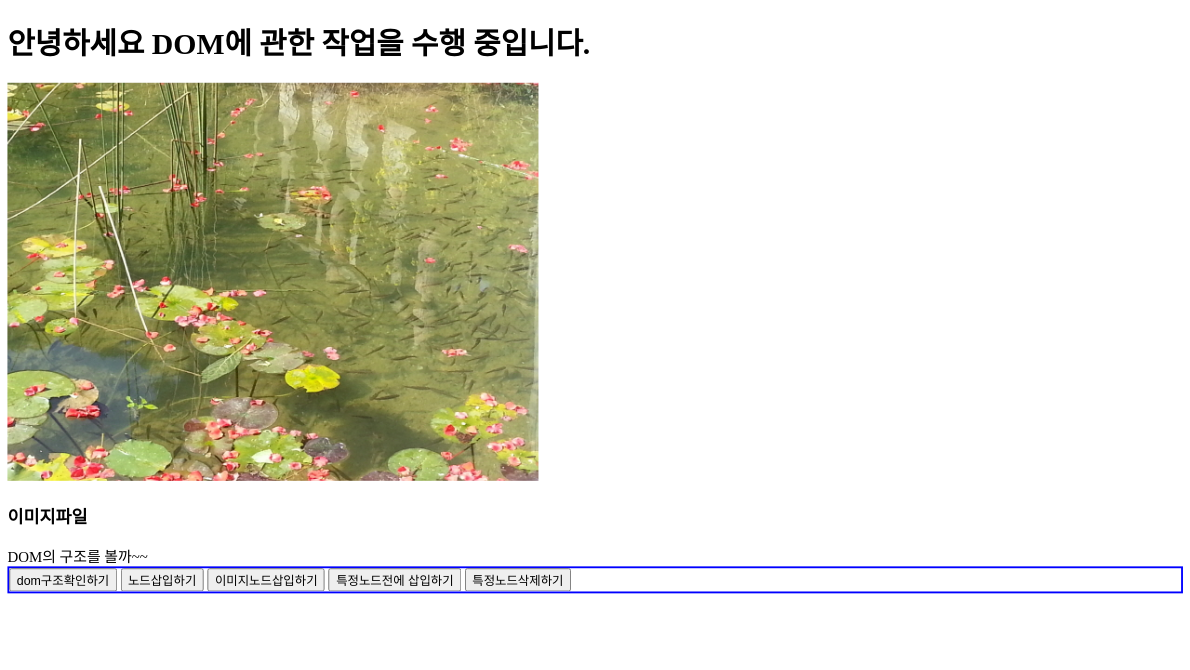
Repository: insunkang/JSP
Page: clientweb/WebContent/js_dom/js_basic_dom_imageinsert.html
An editor plug-in stored every save of this project. The page is shown before and after the next save, followed by the edit.
The browser window is 1280 px wide. The pictures show the whole page, at 93% of full size.
After loading, the first visible `#imginsert` was clicked once.

Above is the page before, as saved 2020-01-10 02:10:56.

### clientweb/WebContent/js_dom/js_basic_dom_imageinsert.html
<!DOCTYPE html>
<html>
<head>
	<meta http-equiv="Content-Type" content="text/html; charset=EUC-KR" />
	<title>Insert title here</title>
	<script type="text/javascript">
		window.onload = function() {
			document.getElementById("imginsert").onclick = function() {
				//img노드를 작성 - 태그노드
				//1. 삽입될 노드 생성
				newNode =document.createElement("img");
				newNode.setAttribute("src", "../images/m_garden02.jpg");

				//2. 삽입될 노드의 부모 targetNode구하기
				target = document.getElementById("domtestbtn");
			}
		}
	</script>
</head>
<body>
	<div id="main">
		<h1 id="myhead">안녕하세요 DOM에 관한 작업을 수행 중입니다.</h1>
		<div id="mycontent1"><img src="../images/m_garden07.jpg" name="myimg" id="myimagId"
				alt="이미지파일" /><h3>이미지파일</h3></div>
		<div id="mycontent2">DOM의 구조를 볼까~~</div>
		<div id="domtestbtn" style="border: solid 2px blue;">
			<form id="myformId" name="myform">
				<input type="button" value="dom구조확인하기"
					 name="btn" id="btndomtest" />
				<input type="button" value="노드삽입하기"
					 name="btn" id="btninsert" />
				<input type="button" value="이미지노드삽입하기"
					 name="btn" id="imginsert" />

				<input type="button" value="특정노드전에 삽입하기"
					 name="btn" id="btninsertbefore" />
				<input type="button" value="특정노드삭제하기"
					 name="btn" id="btndelete" />
			</form>

		</div>
	</div>
</body>
</html>

After the next save:
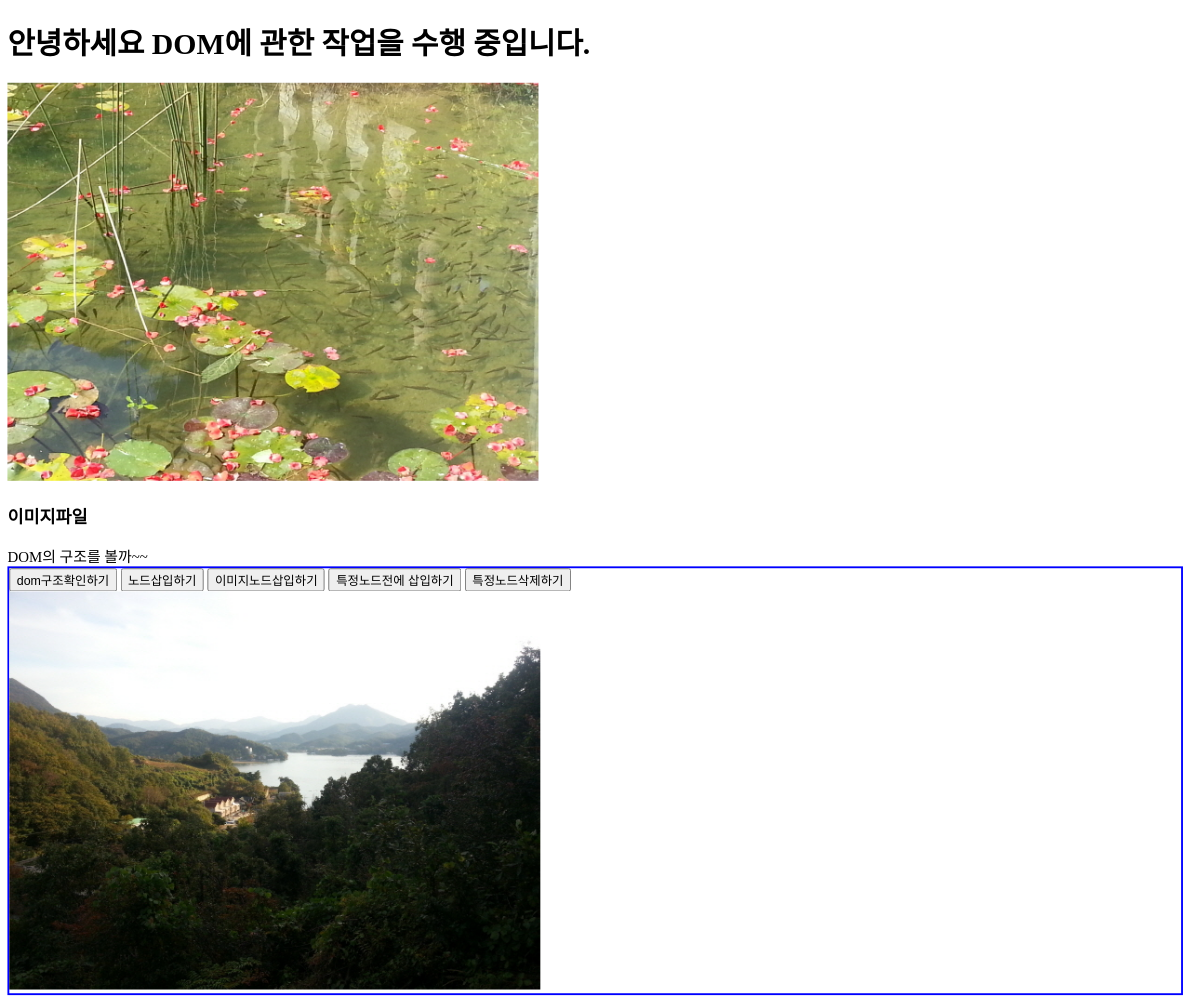
Saved 14 s later.
--- a/clientweb/WebContent/js_dom/js_basic_dom_imageinsert.html
+++ b/clientweb/WebContent/js_dom/js_basic_dom_imageinsert.html
@@ -13,6 +13,8 @@
 
 				//2. 삽입될 노드의 부모 targetNode구하기
 				target = document.getElementById("domtestbtn");
+				//3. 추가하기
+				target.appendChild(newNode);
 			}
 		}
 	</script>
